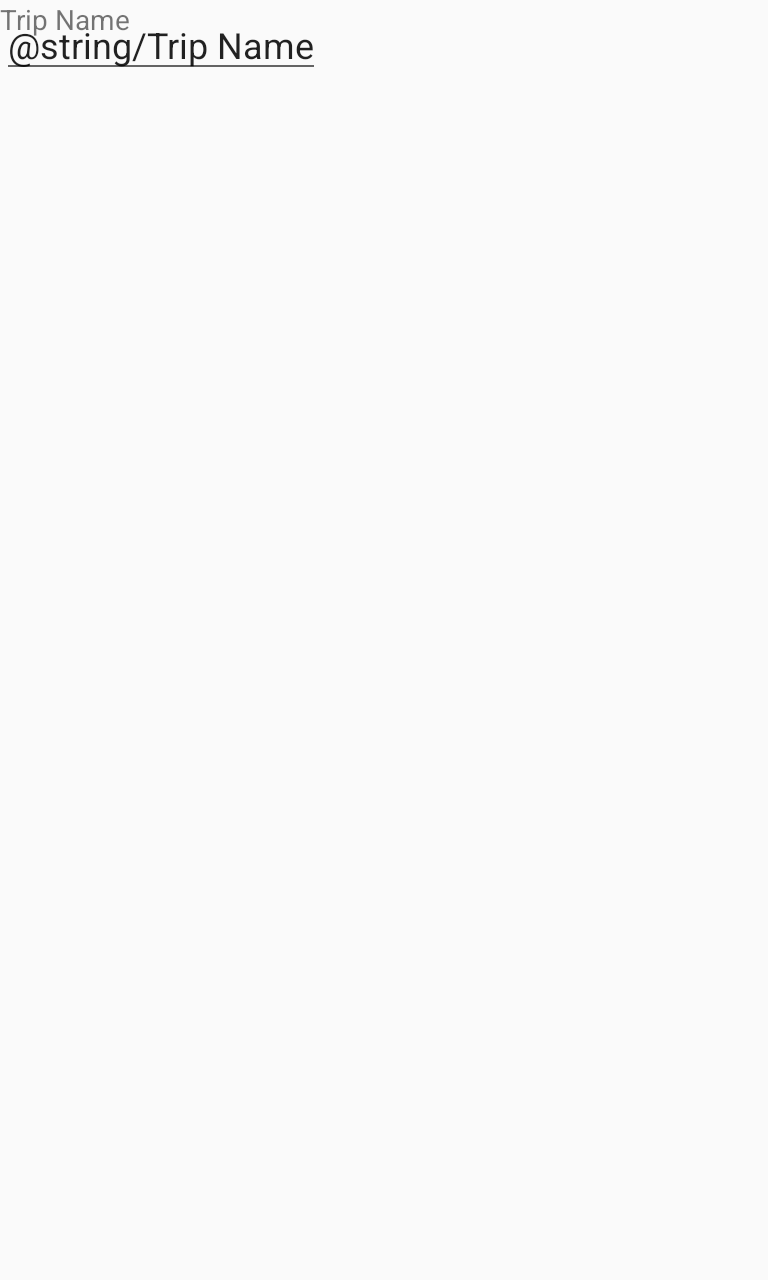
Repository: bandikishores/ShareMyTrip
Layout: ShareMyTrip/res/layout/activity_add_trip.xml
These files come from the project's save history. The layout is drawn as it stood at one moment and after the next save; the edit follows.
It is drawn on a 768 x 1280 px phone screen (xhdpi) without system bars, with theme AppTheme; the app's code is not run.

Above is the layout before, as saved 2014-12-25 13:25:37.

### ShareMyTrip/res/layout/activity_add_trip.xml
<RelativeLayout xmlns:android="http://schemas.android.com/apk/res/android"
    xmlns:tools="http://schemas.android.com/tools"
    android:layout_width="match_parent"
    android:layout_height="match_parent"
    tools:context="${relativePackage}.${activityClass}" >

    <!-- <TextView
        android:layout_width="wrap_content"
        android:layout_height="wrap_content"
        android:text="@string/Add a New Trip" /> -->

    <TextView
        android:layout_width="wrap_content"
        android:layout_height="wrap_content"
        android:text="@string/trip_name" />

    <EditText android:inputType="text"
        android:layout_width="wrap_content"
        android:layout_height="wrap_content"
        android:text="@string/Trip Name" />


</RelativeLayout>

### ShareMyTrip/res/values/strings.xml
<?xml version="1.0" encoding="utf-8"?>
<resources>

    <string name="app_name">Share My Trip</string>
    <string name="title_section1">All Trips</string>
    <string name="title_section2">Section 2</string>
    <string name="title_section3">Section 3</string>
    <string name="navigation_drawer_open">Open navigation drawer</string>
    <string name="navigation_drawer_close">Close navigation drawer</string>
    <string name="action_example">Example action</string>
    <string name="action_settings">Settings</string>
    <string name="hello">hello</string>
    <string name="title_activity_trip">TripActivity</string>
    <string name="hello_world">Hello world!</string>
    <string name="title_activity_add_trip">Add a New Trip</string>
    <string name="trip_name">Trip Name</string>
    <string name="trip_desc">Trip Description</string>

</resources>

Loaded but not shown: ShareMyTrip/res/values/styles.xml (common file); ShareMyTrip/res/values-v11/styles.xml (common file); ShareMyTrip/res/values-v14/styles.xml (common file)

After the next save:
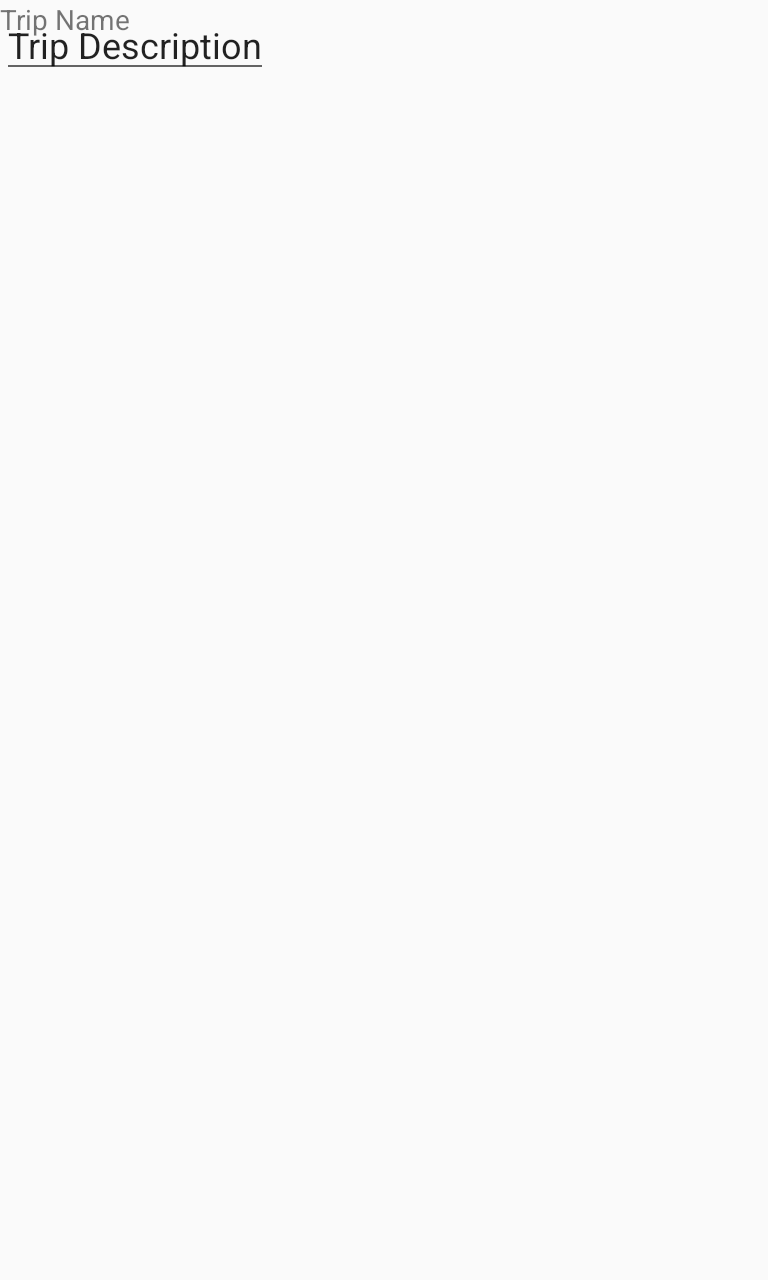
Saved 7 s later.
--- a/ShareMyTrip/res/layout/activity_add_trip.xml
+++ b/ShareMyTrip/res/layout/activity_add_trip.xml
@@ -17,7 +17,7 @@
     <EditText android:inputType="text"
         android:layout_width="wrap_content"
         android:layout_height="wrap_content"
-        android:text="@string/Trip Name" />
+        android:text="@string/trip_desc" />
 
 
 </RelativeLayout>
